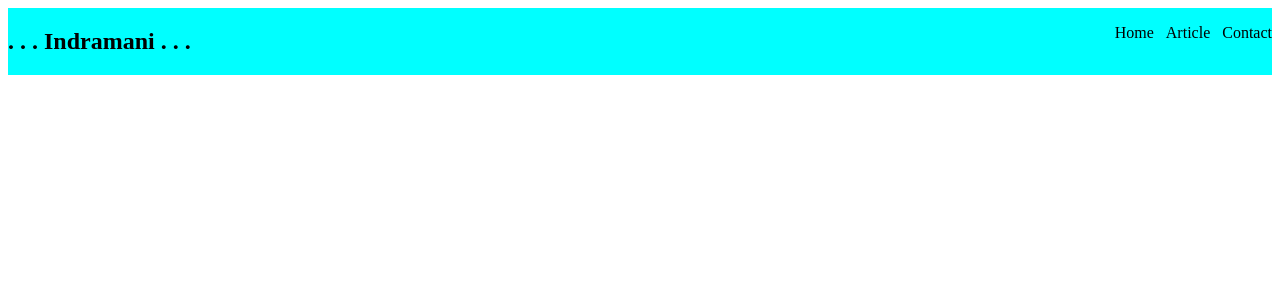
Repository: indramani7271/Indramani-First
Page: /
An editor plug-in stored every save of this project. The page is shown before and after the next save, followed by the edit.
The browser window is 1280 px wide. The pictures show the whole page.
The project was rebuilt for these pictures with package versions that can differ from the ones it lists, and the page was loaded fresh each time. Also part of the build but not shown: vite.config.js, src/Component/Main.jsx, src/Component/Footer.jsx, src/Component/Content.jsx, src/index.css.

Above is the page before, as saved 2024-12-02 17:48:31.

After the next save:
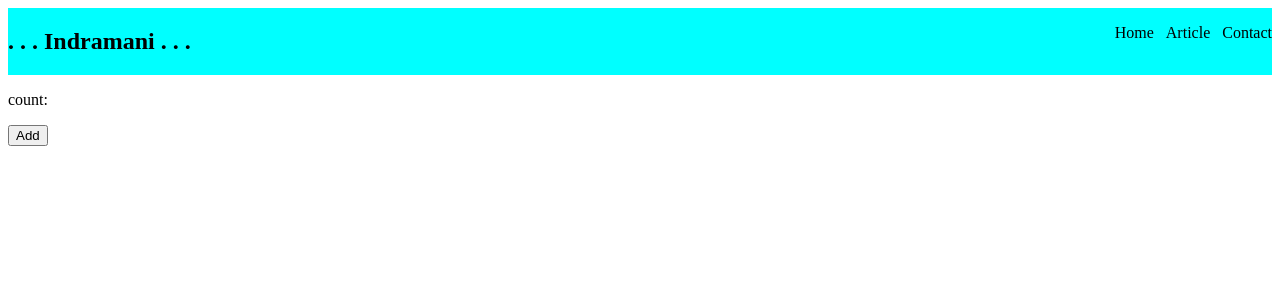
Saved 3 min 2 s later.
--- a/src/Component/Counter.jsx
+++ b/src/Component/Counter.jsx
@@ -1,6 +1,9 @@
 function Counter(){
     return(
-        <div> </div>
+        <div>
+            <p>count:</p>
+            <button> Add</button>
+        </div>
 
     )
 }
